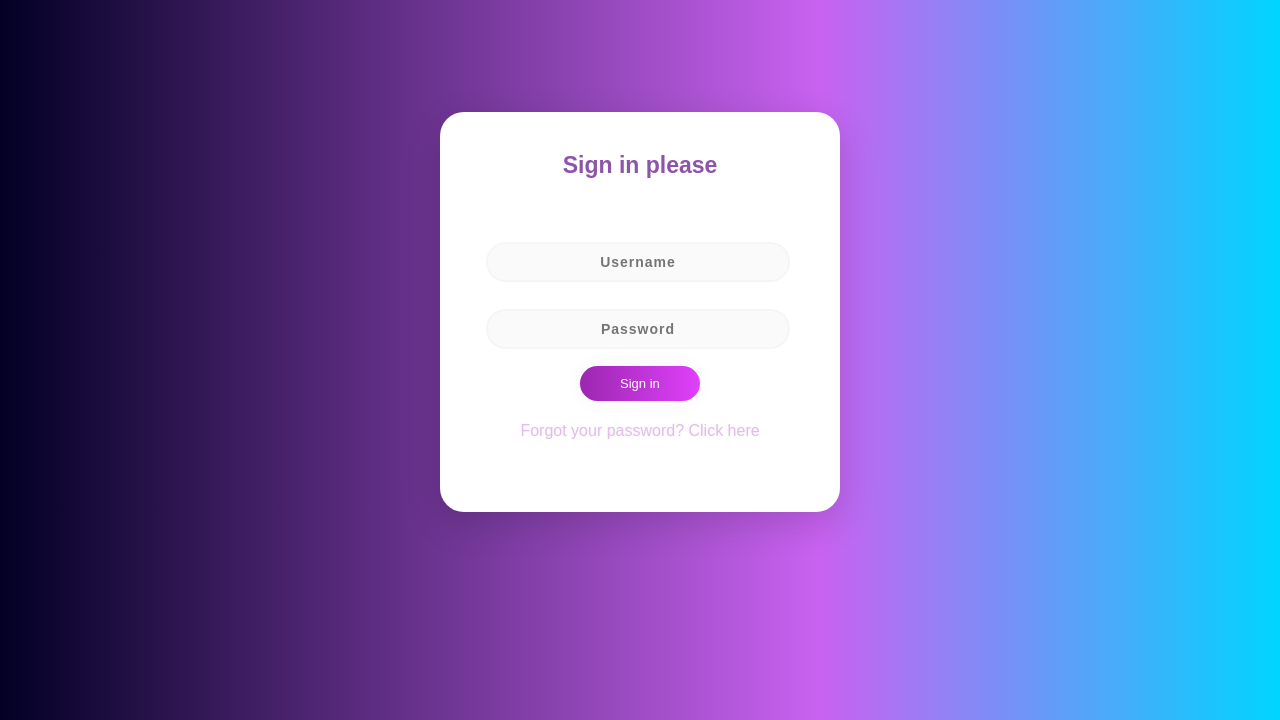
Repository: bettercallsully/MindoverMatterCorp
Page: login.html
The author's editor kept a copy of each file at every save. The page is drawn from the files as they stood at one save, then again after the next save.
The browser window is 1280 px wide. The pictures show the whole page.

Above is the page before, as saved 2021-03-04 21:31:52.

### login.html
<html>

<head>
  <link rel="stylesheet" href="login.js"
  <link rel="shortcut icon" type="image/x-icon" href="/public/img/logo.png">
  <link rel="stylesheet" href="public/css/login.css">
  <link href="https://fonts.googleapis.com/css?family=Ubuntu" rel="stylesheet">
  <meta name="viewport" content="width=device-width, initial-scale=1" />
  <link rel="stylesheet" href="path/to/font-awesome/css/font-awesome.min.css">
  <title>Sign in</title>
</head>

<body>
  <div class="main">
    <p class="sign" align="center">Sign in please</p>
    <form class="form1">
      <input class="username " type="text" align="center" placeholder="Username">
      <input class="pass" type="password" align="center" placeholder="Password">
      <a class="submit" align="center">Sign in</a>
      <p class="forgot" align="center"><a href="#">Forgot your password? Click here</p>


    </div>

</body>

</html>

### public/css/login.css
body {
    background: rgb(2,0,36);
    background: linear-gradient(90deg, rgba(2,0,36,1) 0%, rgba(201,98,241,1) 64%, rgba(0,212,255,1) 100%);
    font-family: 'Quicksand', sans-serif;
}

.main {
    background-color: #FFFFFF;
    width: 400px;
    height: 400px;
    margin: 7em auto;
    border-radius: 1.5em;
    box-shadow: 0px 11px 35px 2px rgba(0, 0, 0, 0.14);
}

.sign {
    padding-top: 40px;
    color: #8C55AA;
    font-family: 'Quicksand', sans-serif;
    font-weight: bold;
    font-size: 23px;
}

.username {
width: 76%;
color: rgb(38, 50, 56);
font-weight: 700;
font-size: 14px;
letter-spacing: 1px;
background: rgba(136, 126, 126, 0.04);
padding: 10px 20px;
border: none;
border-radius: 20px;
outline: none;
box-sizing: border-box;
border: 2px solid rgba(0, 0, 0, 0.02);
margin-bottom: 50px;
margin-left: 46px;
text-align: center;
margin-bottom: 27px;
font-family: 'Quicksand', sans-serif;
}

form.form1 {
    padding-top: 40px;
}

.pass {
        width: 76%;
color: rgb(38, 50, 56);
font-weight: 700;
font-size: 14px;
letter-spacing: 1px;
background: rgba(136, 126, 126, 0.04);
padding: 10px 20px;
border: none;
border-radius: 20px;
outline: none;
box-sizing: border-box;
border: 2px solid rgba(0, 0, 0, 0.02);
margin-bottom: 50px;
margin-left: 46px;
text-align: center;
margin-bottom: 27px;
font-family: 'Quicksand', sans-serif;
}


.un:focus, .pass:focus {
    border: 2px solid rgba(0, 0, 0, 0.18) !important;

}

.submit {
  cursor: pointer;
    border-radius: 5em;
    color: #fff;
    background: linear-gradient(to right, #9C27B0, #E040FB);
    border: 0;
    padding-left: 40px;
    padding-right: 40px;
    padding-bottom: 10px;
    padding-top: 10px;
    font-family: 'Quicksand', sans-serif;
    margin-left: 35%;
    font-size: 13px;
    box-shadow: 0 0 20px 1px rgba(0, 0, 0, 0.04);
}

.forgot {
    text-shadow: 0px 0px 3px rgba(117, 117, 117, 0.12);
    color: #E1BEE7;
    padding-top: 15px;
}

a {
    text-shadow: 0px 0px 3px rgba(117, 117, 117, 0.12);
    color: #E1BEE7;
    text-decoration: none
}

@media (max-width: 600px) {
    .main {
        border-radius: 0px;
    }
}

After the next save:
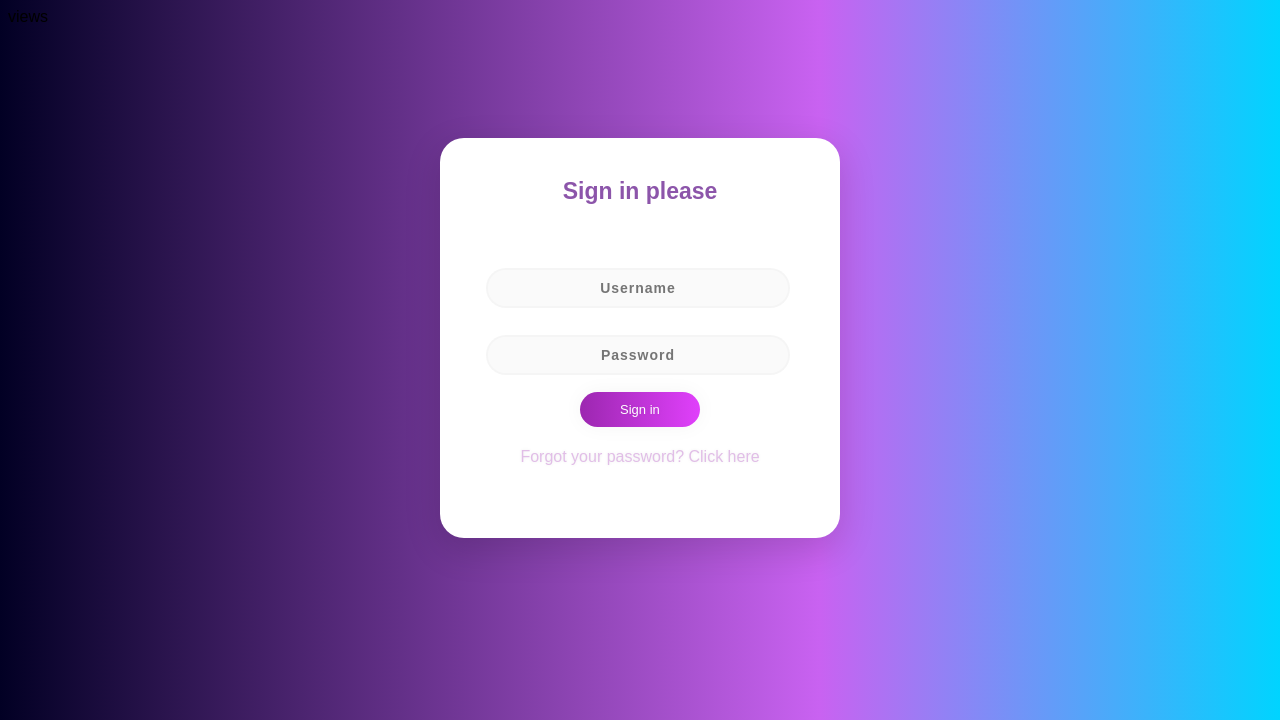
Saved 31 s later.
--- a/login.html
+++ b/login.html
@@ -1,5 +1,5 @@
 <html>
-
+views
 <head>
   <link rel="stylesheet" href="login.js"
   <link rel="shortcut icon" type="image/x-icon" href="/public/img/logo.png">
